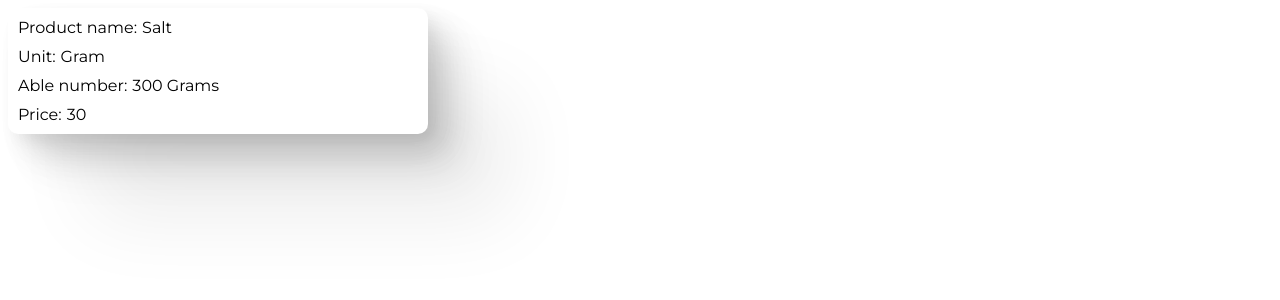
Repository: OlexandraKovach2/Vue
Page: / (app in vuexam/brila-exam/)
These files come from the project's save history. The page is drawn as it stood at one moment and after the next save; the edit follows.
The browser window is 1280 px wide. The pictures show the whole page.
The project was rebuilt for these pictures with package versions that can differ from the ones it lists, and the page was loaded fresh each time. Also part of the build but not shown: vuexam/brila-exam/vue.config.js.

Above is the page before, as saved 2022-11-08 21:50:03.

After the next save:
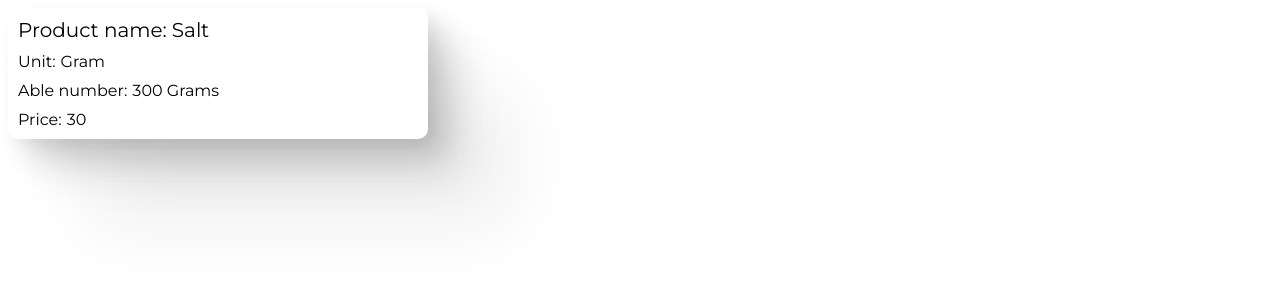
Saved 17 s later.
--- a/vuexam/brila-exam/src/components/ObjectTable/ObjectBase.vue
+++ b/vuexam/brila-exam/src/components/ObjectTable/ObjectBase.vue
@@ -72,4 +72,7 @@
     display: flex;
     gap: 5px;
 }
+.name{
+    font-size: 20px;
+}
 </style>
